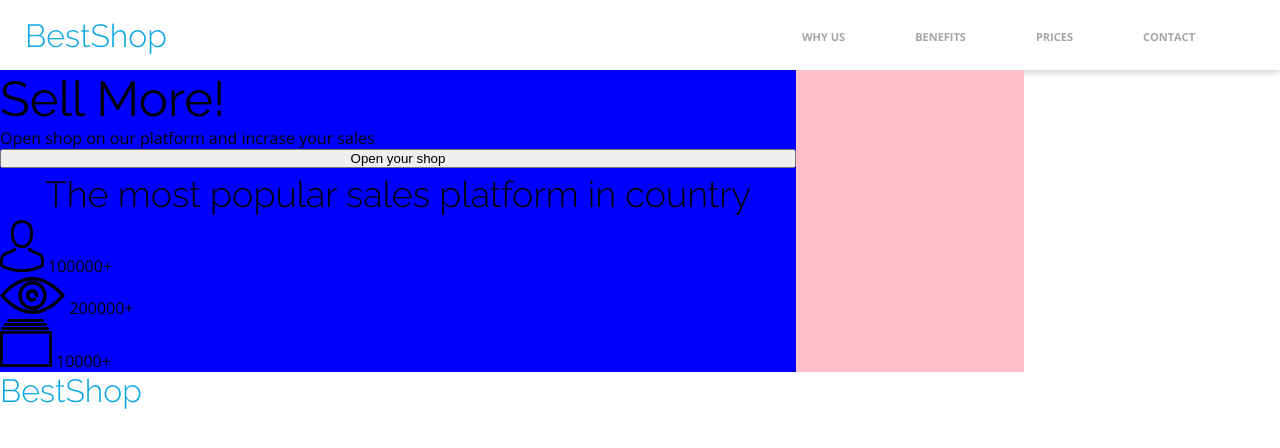
Repository: artwol993/BestShop
Page: index.html
These files come from the project's save history. The page is drawn as it stood at one moment and after the next save; the edit follows.
The browser window is 1280 px wide. The pictures show the whole page.
The style sheet was rebuilt from its Sass, Less or Tailwind sources for each picture, by a compiler version that may differ from the author's.

Above is the page before, as saved 2020-05-27 23:10:37.

### index.html
<!DOCTYPE html>
<html lang="en">
<head>
    <meta charset="UTF-8">
    <meta name="viewport" content="width=device-width, initial-scale=1.0">
    <title>BestShop[artwol993]</title>
    <link rel="stylesheet" href="css/main.css">
    <style>
        @import url('https://fonts.googleapis.com/css2?family=Open+Sans:wght@400;700&display=swap');
    </style>
    <style>
        @import url('https://fonts.googleapis.com/css2?family=Raleway:wght@300;400;700;800&display=swap');
    </style>
</head>
<body>
    <div class="main__container">
        <header>
            <div class="logo">BestShop</div>
            <nav class="nav">
                <!-- <button class="hamburger" aria-label="Menu">
                    <span class="hamburger__container" tabindex="-1">
                        <span class="hamburger__bars"></span>
                      </span>
                </button> -->
                <div class="side__menu">
                    <ul class="nav__list">
                        <li class="nav__list-item"><a href="" class="nav__link">why us</a></li>
                        <li class="nav__list-item"><a href="" class="nav__link">benefits</a></li>
                        <li class="nav__list-item"><a href="" class="nav__link">prices</a></li>
                        <li class="nav__list-item"><a href="" class="nav__link">contact</a></li>
                    </ul>
                </div>
            </nav>
        </header>
        <div class="content__container">
            <div class="main">
                <section class="welcome">
                    <h1>Sell More!</h1>
                    <p>Open shop on our platform and incrase your sales</p>
                    <button>Open your shop</button>
                </section>
                <section class="stats">
                    <h2>The most popular sales platform in country</h2>
                    <div class="stats__container">
                        <stats__bin>
                            <div class="stats-circle"></div>
                            <img src="./assets/Person.svg" alt="person-contour">
                            <span>100000+</span>
                            <p></p>
                        </stats__bin>
                        <stats__bin>
                            <div class="stats-circle"></div>
                            <img src="./assets/Eye.svg" alt="person-contour">
                            <span>200000+</span>
                            <p></p>
                        </stats__bin>
                        <stats__bin>
                            <div class="stats-circle"></div>
                            <img src="./assets/Catalog.svg" alt="person-contour">
                            <span>10000+</span>
                            <p></p>
                        </stats__bin>
                    </div>
                </section>
                <section class="profits"></section>
                <section class="pricing"></section>
                <section class="contact"></section>
            </div>
        </div>

        <footer>
            <div class="logo">BestShop</div>
            <div class="footer-icon"></div>
            <div class="footer-icon"></div>
        </footer>
    </div>
</body>
</html>

### scss/main.scss
    $c-primary-first: #08a6e4;
    $c-primary-second: #fb3b64;
    $c-primary-third: #55dfb4;
    $c-black: #000000;
    $c-white: #ffffff;
    $c-background: #f7f7f7;
    $c-details: #a5a5a5;
    $c-shadow: #00000029;
    $f-h: 'Raleway', sans-serif;
    $f-p: 'Open Sans', sans-serif;
    $fw-light: 300;
    $fw-normal: 400;
    $fw-bold: 700;
    $fw-black: 800;

/*reset*/

  * {
      margin: 0;
      padding: 0;
      box-sizing: border-box;
  }

  /* fonts */

  a, p, ul, span {
    font-family: $f-p;
  }

  h1 {
    font-size: 3.063rem;
    font-weight: $fw-normal;
    font-family: $f-h;
    color: $c-black;
  }

  h2 {
    font-size: 2.25rem;
    font-weight: $fw-light;
    margin: 5px 45px;
    font-family: $f-h;
    color: $c-black;
  }

  h3 {
    font-size: 1.25rem;
    font-weight: $fw-bold;
    margin: 5px;
    font-family: $f-h;
    color: $c-black;
  }

  .logo {
    font-size: 2rem;
    font-weight: $fw-light;
    font-family: $f-h;
    color: $c-primary-first;
    text-decoration: none;
    cursor: pointer;
  }

  .body {
      width: 100vh;
  }
  /*header*/
  header {
      height: 70px;
      display: flex;
      align-items: center;
      justify-content: space-between;
      padding: 0 25px;
      box-shadow: 0px 3px 6px $c-shadow;
  }

//   .hamburger {
//     margin: 0;
//     padding: 0;
//     border: 0;
//     background-color: transparent;
//     cursor: pointer;
//     &:focus {
//         & > .hamburger__container {
//           	box-shadow: 0 0 2px 2px #51a7e8;
//         }
//     }
//   }

//   .hamburger__container {
//     display: flex;
//     align-items: center;
//     position: relative;
//     width: 35px;
//     height: 30px;
//   }

//   .hamburger__bars {
//     position: absolute;
//     width: 35px;
//     height: 2px;
//     background-color: #000;
//     transition: transform 220ms ease-in-out;
//     &:before, &:after {
//         display: block;
//         position: absolute;
//         width: 35px;
//         height: 2px;
//         background-color: #000;
//         content: '';
//     }
//     &:before {
//         top: -12px;
//         transition: top 100ms 250ms ease-in, transform 220ms ease-in-out;
//     }
//     &:after {
//         bottom: -12px;
//         transition: bottom 100ms 250ms ease-in,
//           			transform 220ms ease-in-out;
//     }
//   }

//   .hamburger--active {
//     .hamburger__bars {
//         transform: rotate(225deg);
//         transition: transform 220ms 120ms ease-in-out;
//         &:before {
//             top: 0;
//             transition: top 100ms ease-out;
//         }
//         &:after {
//             bottom: 0;
//             transform: rotate(-90deg);
//             transition: bottom 100ms ease-out,
//             		  	transform 220ms 120ms ease-in-out;
//         }
//     }
// }

//   .hamburger, .hamburger__container {
//     &:focus {
//       	outline: none;
//   	}
//   }

//   .side__menu {
//     display: flex;
//     box-sizing: border-box;
//     position: absolute;
//     height: 70%;
//     width: 200px;
//     top: 70px;
//     right: -300px;
//     padding: 0;
//     background-color: red;
//     transition: 0.3s transform ease-in-out;
//   }

//   .side__menu ul {
//     position: absolute;
//     display: flex;
//     flex-direction: column;
//     box-sizing: border-box;
//     height: calc(100% - 70px);
//     flex-wrap: wrap;
//     margin: 0 10px;
//     padding: 0;
//     list-style-type: none;
//     align-content: flex-start;
//   }

//   .side-__menu ul li {
//     display: flex;
//     flex-direction: column;
//     height: 30px;
//     background: $c-primary-second;
//     flex-basis: 100%;
//     margin-top: 70px;
//     color: #696e9e;
//     border-radius: 5px;
//     overflow: hidden;
//   }

//   .side__menu ul li a {
//     display: flex;
//     padding: 10px;
//     align-items: center;
//     width: 100%;
//     height: 100%;
//     background: $c-primary-third;
//     text-decoration: none;
//     box-sizing: border-box;
//   }

//   .hamburger:focus ~ .side__menu, .side__menu:hover {
//     transform: translateX(-300px);
//   }

.nav__list {
  display: flex;
  justify-content: space-around;
  align-items: center;
}

.nav__list-item {
  padding: 10px;
  list-style: none;
  margin-right: 50px;
}

.nav__link {
  color: $c-details;
  font-weight: $fw-bold;
  text-decoration: none;
  text-transform: uppercase;
  font-size: 11px;
}

.nav__link:hover {
  color: $c-black;
  border-bottom: solid 3px $c-primary-first;
  padding-bottom: 23px;
}

/*content*/

.content__container {
  width: calc(100% - 20%);
  background: pink;
  display: flex;
  align-items: center;
}

.main {
  background: blue;
}

.welcome {
  display: flex;
  flex-direction: column;
  justify-content: center;
}

After the next save:
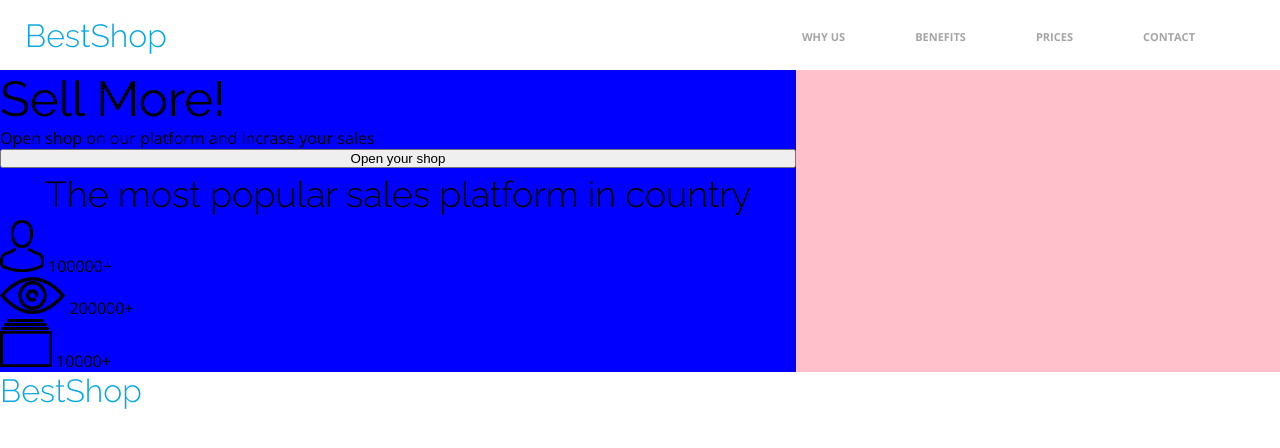
Saved 105 s later.
--- a/scss/main.scss
+++ b/scss/main.scss
@@ -223,7 +223,7 @@
 /*content*/
 
 .content__container {
-  width: calc(100% - 20%);
+  // width: calc(100% - 20%);
   background: pink;
   display: flex;
   align-items: center;
